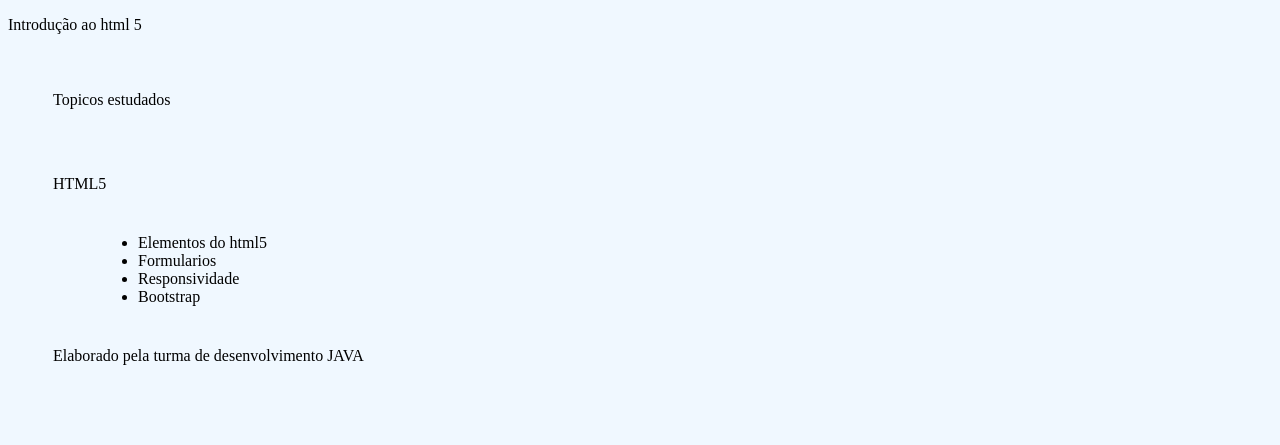
Repository: NicholasMaestrello/treinamento-impacta
Page: DesenvolvimentoJava/Modulo06/01_ConceitosHTMLCSS/WebContent/index5.html
An editor plug-in stored every save of this project. The page is shown before and after the next save, followed by the edit.
The browser window is 1280 px wide. The pictures show the whole page.

Above is the page before, as saved 2017-10-17 17:31:55.

After the next save:
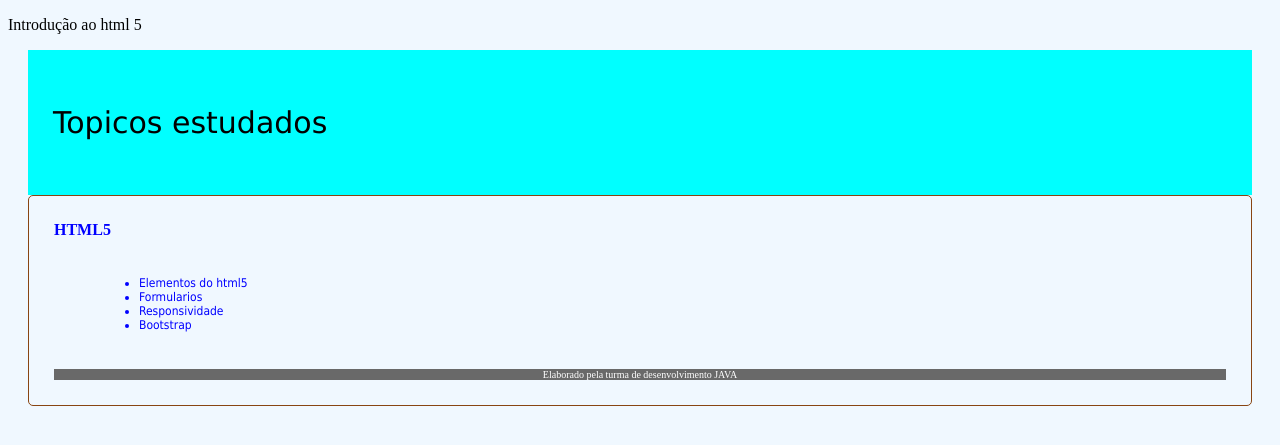
Saved 98 s later.
--- a/DesenvolvimentoJava/Modulo06/01_ConceitosHTMLCSS/WebContent/css/Estilos.css
+++ b/DesenvolvimentoJava/Modulo06/01_ConceitosHTMLCSS/WebContent/css/Estilos.css
@@ -8,29 +8,29 @@ body {
 	padding: 25px;
 }
 
-.margem-titulo {
+nav{
 	font-family: Verdana, Tahoma;
 	font-size: 30px;
 	background-color: #00FFFF;
 }
 
-.margem-conteudo {
+section {
 	border: 1px solid #884513;
 	color: blue;
 	border-radius: 5px;
 }
 
-.cabecalho {
+.header {
 	font-weight: bold;
 	color: #DC8Ff8F;
 }
 
-.texto {
+article {
 	font-family: Tahoma;
 	font-size: 12px;
 }
 
-.rodape {
+.footer {
 	font-size: 10px;
 	background-color: #696969;
 	color: #FFFFFF;
